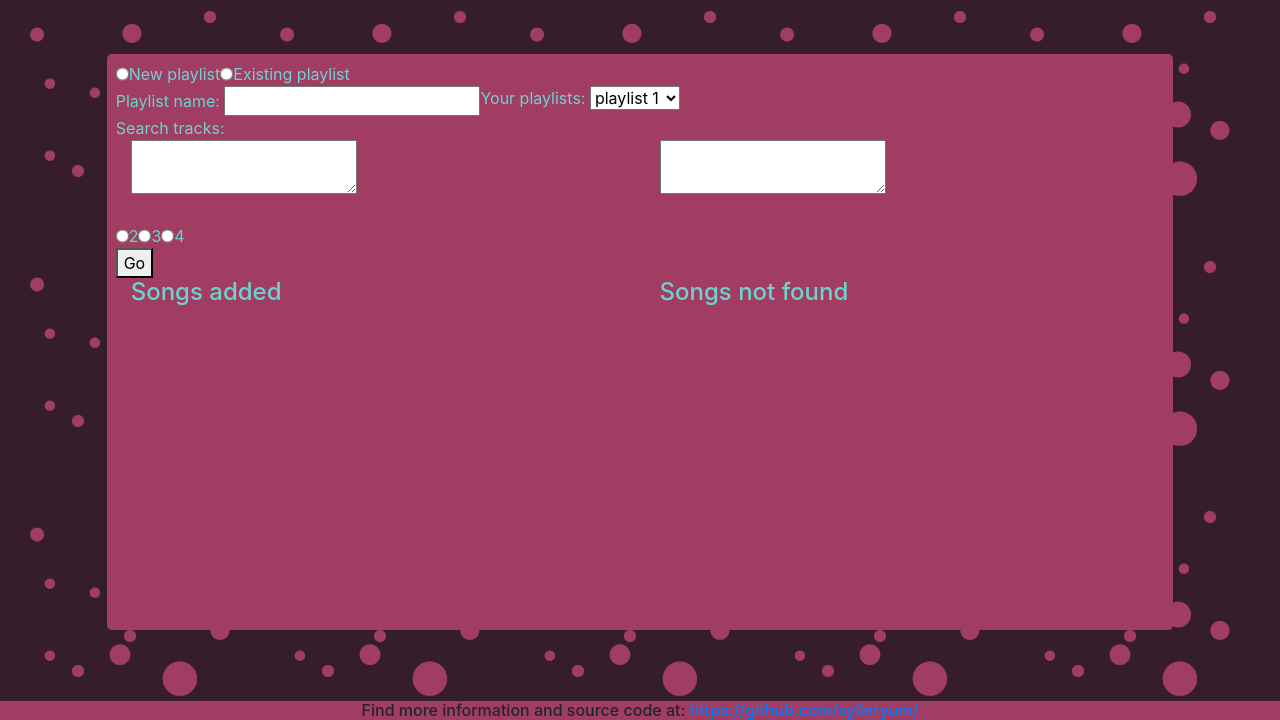
Repository: sylleryum/Frontend
Page: GetTopTracks/index.html
These files come from the project's save history. The page is drawn as it stood at one moment and after a run of saves; the edit follows.
The browser window is 1280 px wide. The pictures show the whole page.

Above is the page before, as saved 2019-10-13 16:37:24.

### GetTopTracks/index.html
<!doctype html>
<html lang="en">

<head>
     <title>Get top tracks from Artists and albums</title>
     <!-- Required meta tags -->
     <meta charset="utf-8">
     <meta name="viewport" content="width=device-width, initial-scale=1, shrink-to-fit=no">

     <!-- Bootstrap CSS -->
     <link rel="stylesheet" href="https://stackpath.bootstrapcdn.com/bootstrap/4.3.1/css/bootstrap.min.css"
          integrity="sha384-ggOyR0iXCbMQv3Xipma34MD+dH/1fQ784/j6cY/iJTQUOhcWr7x9JvoRxT2MZw1T" crossorigin="anonymous">

     <!-- main CSS-->
     <link rel="stylesheet" href="style.css">

</head>

<body class="background-master">
          <form action="searchTrack" id="submit-btn" onsubmit="return validation()">
     <div class="container-fluid h-95">
          <div class="row align-items-center justify-content-center h-95">
               <div class="h-80 col col-md-10 bg-4 text-1 rounded-lg pl-4 pt-2 overflow-auto  id="internal-container">
                    <div class="row main-select">
                         <input type="radio" id="rNew" name="playlistRadio" value="new" onchange="radioChecker()">New
                         playlist
                         <input type="radio" id="rExisting" name="playlistRadio" value="existing"
                              onchange="radioChecker()">Existing
                         playlist
                    </div>
                    <div class="row main-playlist">
                         <div id="new-playlist" class="block-style">
                              Playlist name: <input type="text" id="playlistName" name="playlistName" />
                         </div>
                         <div id="existing-playlist" class="block-style">
                              <span>Your playlists:</span>
                              <select name="selectPlaylist">
                                   <option>playlist 1</option>
                                   <option>playlist 2</option>
                                   <option>playlist 3</option>
                                   <option>playlist 4</option>
                                   <!-- <c:forEach var="items" items="${playlists}">
                                        <option value="${items.getId()}">${items.getName()}</option>
                                   </c:forEach> -->
                              </select>
                         </div>
                    </div>
                    <div class="row">
                         Search tracks:
                    </div>
                    <div class="row main-textarea form-group">
                         <div class="col-md-6 mb-2">
                              <textarea></textarea>
                         </div>
                         <div class="col-md-6">
                              <textarea></textarea>
                         </div>
                    </div>
                    <div class="row track-amount">
                         <input type="radio" id="rAmount2" name="playlistRadio" value="rAmount2" onchange="">2
                         <input type="radio" id="rAmount3" name="playlistRadio" value="rAmount3" onchange="">3
                         <input type="radio" id="rAmount4" name="playlistRadio" value="rAmount4" onchange="">4
                    </div>
                    <div class="row main-go">
                         <button type="submit" id="submit-button">
                              Go
                         </button>
                    </div>

                    <div class="row results-menu">
                         <div class="success col-md-6">
                              <h4>Songs added</h4>

                         </div>
                         <div class="failure col-md-6">
                              <h4>Songs not found</h4>

                         </div>
                    </div>

               </div>

          </div>

     </div>
     </form>
     <footer class="text-center m-0 p-0 bg-4 footer-clear">
          <h6 class="p-0 m-0 text-w">Find more information and source code at: <a href="https://github.com/sylleryum/">
                    https://github.com/sylleryum/</a></h6>

     </footer>







     <!-- Optional JavaScript -->
     <!-- jQuery first, then Popper.js, then Bootstrap JS -->
     <script src="https://code.jquery.com/jquery-3.3.1.slim.min.js"
          integrity="sha384-q8i/X+965DzO0rT7abK41JStQIAqVgRVzpbzo5smXKp4YfRvH+8abtTE1Pi6jizo"
          crossorigin="anonymous"></script>
     <script src="https://cdnjs.cloudflare.com/ajax/libs/popper.js/1.14.7/umd/popper.min.js"
          integrity="sha384-UO2eT0CpHqdSJQ6hJty5KVphtPhzWj9WO1clHTMGa3JDZwrnQq4sF86dIHNDz0W1"
          crossorigin="anonymous"></script>
     <script src="https://stackpath.bootstrapcdn.com/bootstrap/4.3.1/js/bootstrap.min.js"
          integrity="sha384-JjSmVgyd0p3pXB1rRibZUAYoIIy6OrQ6VrjIEaFf/nJGzIxFDsf4x0xIM+B07jRM"
          crossorigin="anonymous"></script>
</body>

</html>

### GetTopTracks/style.css
.footer-clear{
     width: 100%;
     position: fixed;
     bottom: 0%;
}

.background-master{
     background: url(images/bb.png) repeat;
}

.h-100{
     min-height: 100vh;
 }

 .h-95{
     min-height: 95vh;
 }
.h-80{
     min-height: 80vh;
     max-height: 90vh;
 }

 .bg-1{background: #6dd3ce!important}
 .bg-2{background: #c8e9a0!important}
 .bg-3{background: #f7a278!important}
 .bg-4{background: #a13d63!important}
 .bg-5{background: #351e29!important}

.text-1{color: #6dd3ce!important}
.text-2{color: #c8e9a0!important}
.text-3{color: #f7a278!important}
.text-4{color: #a13d63!important}
.text-5{color: #351e29!important}

After the next 2 saves:
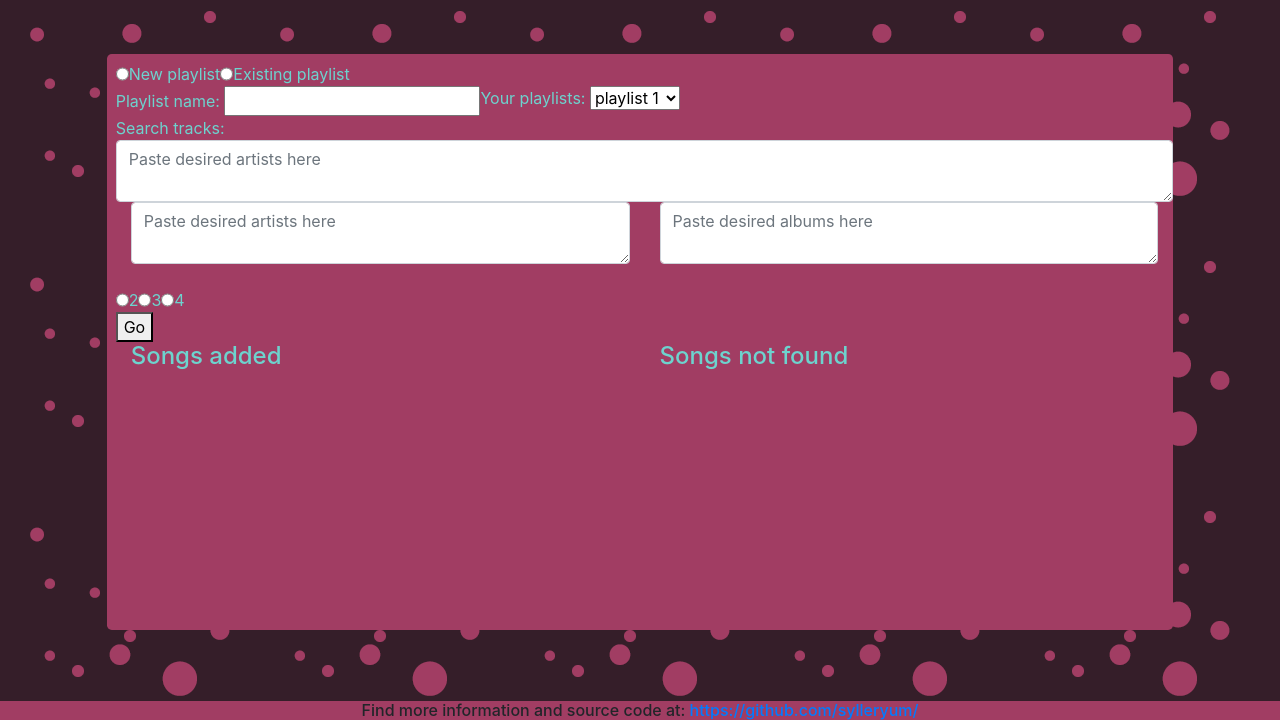
The 2 saves are shown as one change because they came seconds apart.
The last was saved 19 s later.
--- a/GetTopTracks/index.html
+++ b/GetTopTracks/index.html
@@ -49,11 +49,15 @@
                          Search tracks:
                     </div>
                     <div class="row main-textarea form-group">
+                              <textarea class="textarea-search form-control md-textarea" id="searchNameArtist"
+                              name="searchNameArtist" placeholder="Paste desired artists here"></textarea>
                          <div class="col-md-6 mb-2">
-                              <textarea></textarea>
+                              <textarea class="textarea-search form-control md-textarea" id="searchNameArtist"
+                                   name="searchNameArtist" placeholder="Paste desired artists here"></textarea>
                          </div>
                          <div class="col-md-6">
-                              <textarea></textarea>
+                              <textarea class="textarea-search form-control md-textarea" id="searchNameAlbum"
+                                   name="searchNameAlbum" placeholder="Paste desired albums here"></textarea>
                          </div>
                     </div>
                     <div class="row track-amount">
